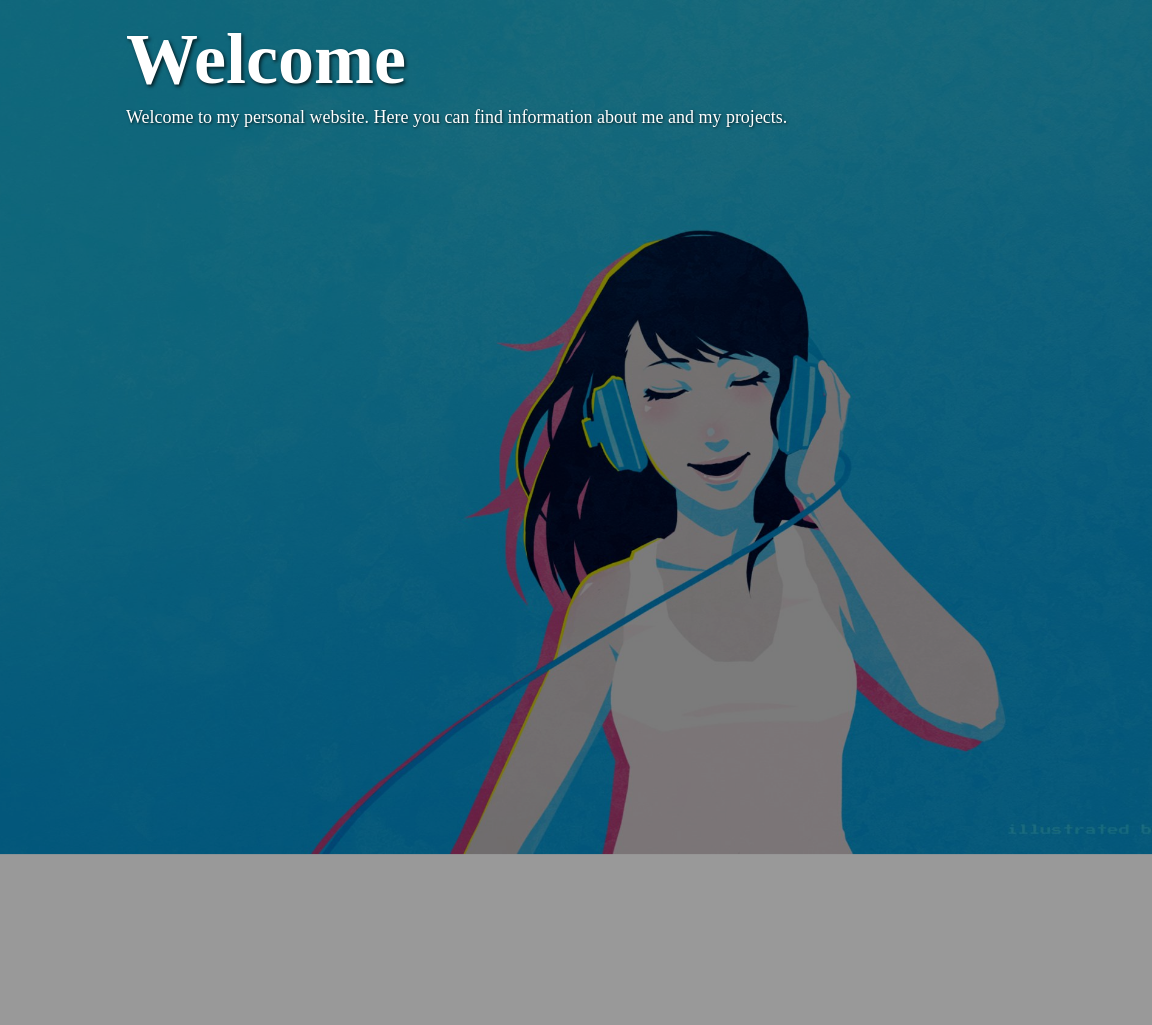
Repository: cydxf/cydxf.github.io
Page: index.html
The author's editor kept a copy of each file at every save. The page is drawn from the files as they stood at one save, then again after the next save.
The browser window is 1280 px wide. The pictures show the whole page, at 90% of full size.

Above is the page before, as saved 2024-08-02 02:08:42.

After the next save:
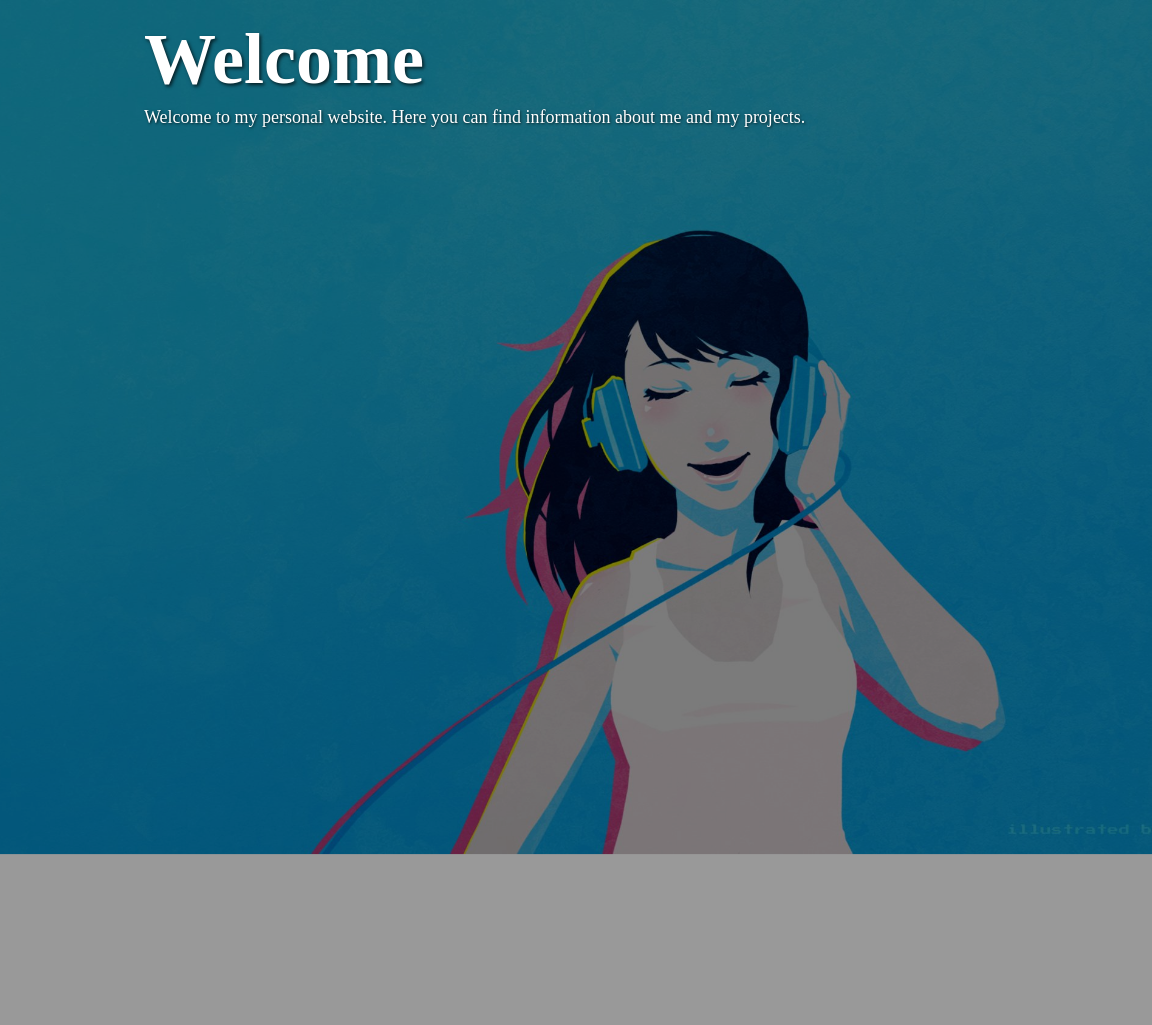
Saved 13 s later.
--- a/css/styles.css
+++ b/css/styles.css
@@ -37,7 +37,7 @@ body, html {
     position: relative;
     z-index: 2;
     padding: 20px;
-    margin-left: 120px;
+    margin-left: 140px;
 }
 
 .hero h1 {
